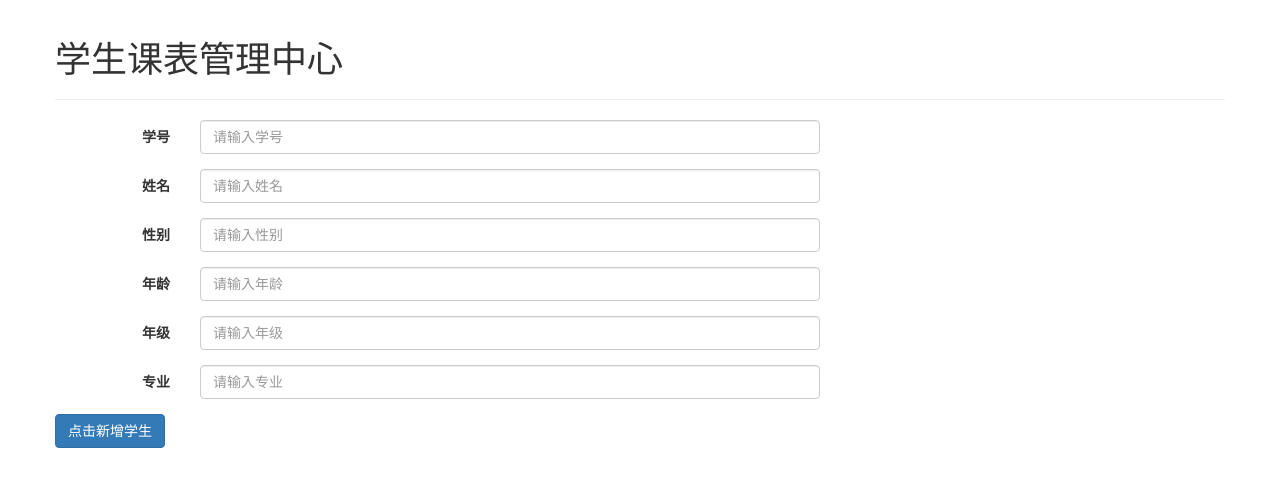
Repository: JetChen07/mybatis
Page: http://localhost/course/addstudent.jsp
The author's editor kept a copy of each file at every save. The page is drawn from the files as they stood at one save, then again after the next save.
The browser window is 1280 px wide. The pictures show the whole page.
The page is served by Tomcat 9. Nobody is signed in. The application's start-up code is not run.

Above is the page before, as saved 2018-05-22 01:31:10.

After the next save:
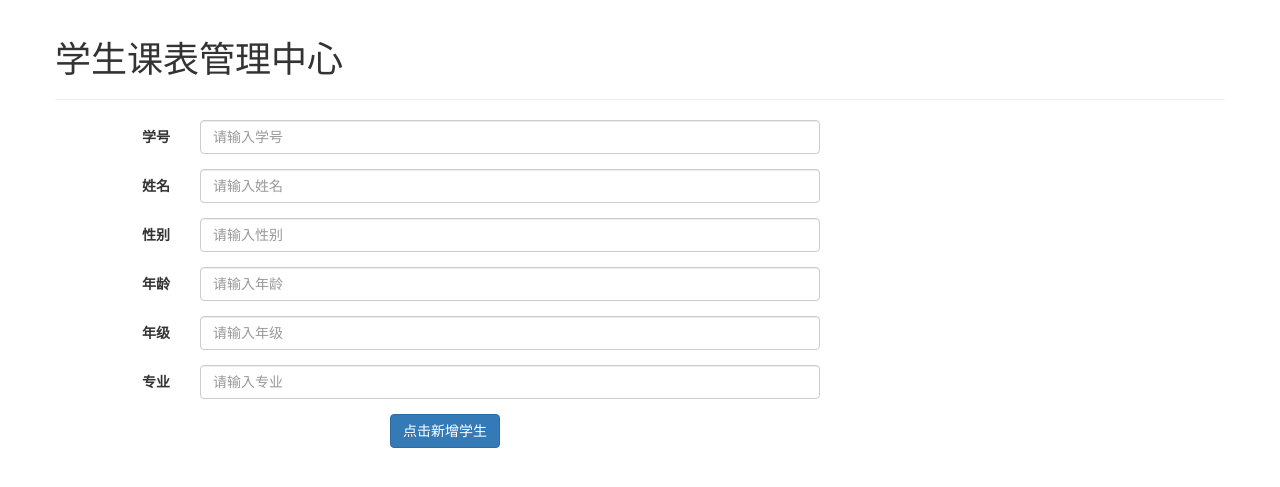
Saved 28 s later.
--- a/course/src/main/webapp/addstudent.jsp
+++ b/course/src/main/webapp/addstudent.jsp
@@ -55,7 +55,7 @@
                         <input type="text" class="form-control" id="phone" name="phone"  placeholder="请输入专业">
                     </div>
                 </div>
-                <div class="form-group">
+                <div class="form-group" align="center">
                     <input type="submit" value="点击新增学生" class="btn btn-primary">
                 </div>
             </form>
